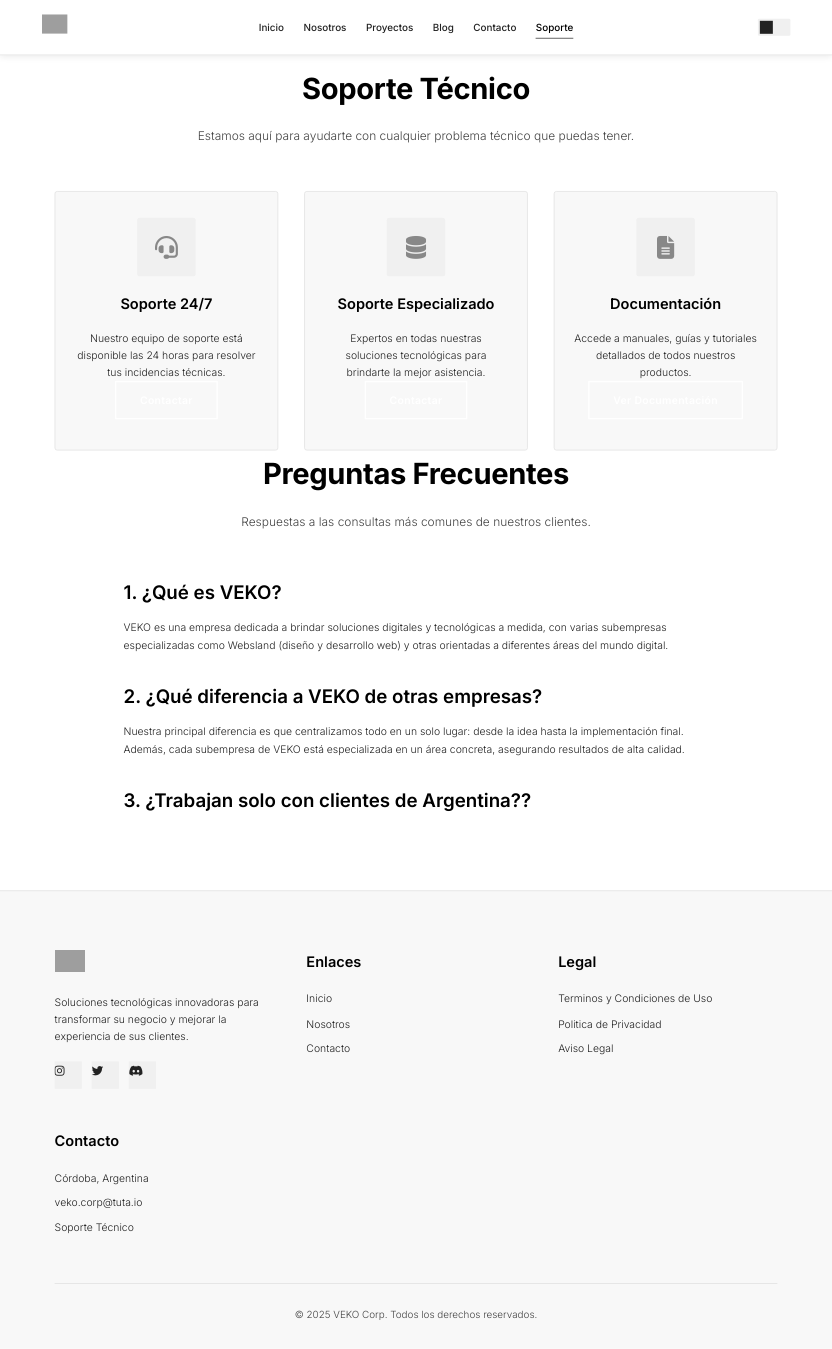
Repository: VEKO-Corp/veko-web
Page: soporte.html
The author's editor kept a copy of each file at every save. The page is drawn from the files as they stood at one save, then again after the next save.
The browser window is 1280 px wide. The pictures show the whole page, at 65% of full size.
Pictures or frames that could not be fetched are drawn as grey boxes.

Above is the page before, as saved 2025-08-11 21:48:37.

### soporte.html
<!DOCTYPE html>
<html lang="es">
<head>
    <meta charset="UTF-8">
    <meta name="viewport" content="width=device-width, initial-scale=1.0">
    <title>Soporte - VEKO</title>
    <link href="https://fonts.googleapis.com/css2?family=Inter:wght@300;400;500;600;700&display=swap" rel="stylesheet">
    <link rel="stylesheet" href="css/style.css">
    <link rel="stylesheet" href="https://cdnjs.cloudflare.com/ajax/libs/font-awesome/6.4.0/css/all.min.css">
</head>
<body>
    <header>
        <div class="container header-container">
            <a href="index.html" class="logo">
                <img id="logo-image" src="img/logo-light.png" alt="VEKO">
            </a>
            <button class="mobile-menu-btn">☰</button>
            <nav>
                <ul>
                    <li><a href="index.html">Inicio</a></li>
                    <li><a href="nosotros.html">Nosotros</a></li>
                    <li><a href="proyectos.html">Proyectos</a></li>
                    <li><a href="blog.html">Blog</a></li>
                    <li><a href="contacto.html">Contacto</a></li>
                    <li><a href="soporte.html" class="active">Soporte</a></li>
                </ul>
            </nav>
            <div class="theme-toggle" id="themeToggle" aria-label="Cambiar tema">
                <div class="switch-handle"></div>
            </div>
        </div>
    </header>

    <section class="content-section">
        <div class="container">
            <div class="section-title">
                <h2>Soporte Técnico</h2>
                <p>Estamos aquí para ayudarte con cualquier problema técnico que puedas tener.</p>
            </div>

            <div class="services-grid">
                <div class="service-card fade-in">
                    <div class="service-icon"><i class="fas fa-headset"></i></div>
                    <h3>Soporte 24/7</h3>
                    <p>Nuestro equipo de soporte está disponible las 24 horas para resolver tus incidencias técnicas.</p>
                    <a href="contacto.html" class="btn">Contactar</a>
                </div>

                <div class="service-card fade-in delay-1">
                    <div class="service-icon"><i class="fas fa-database"></i></div>
                    <h3>Soporte Especializado</h3>
                    <p>Expertos en todas nuestras soluciones tecnológicas para brindarte la mejor asistencia.</p>
                    <a href="contacto.html" class="btn">Contactar</a>
                </div>

                <div class="service-card fade-in delay-2">
                    <div class="service-icon"><i class="fas fa-file-alt"></i></div>
                    <h3>Documentación</h3>
                    <p>Accede a manuales, guías y tutoriales detallados de todos nuestros productos.</p>
                    <a href="#" class="btn">Ver Documentación</a>
                </div>
            </div>

            <div class="section-title">
                <h2>Preguntas Frecuentes</h2>
                <p>Respuestas a las consultas más comunes de nuestros clientes.</p>
            </div>

            <div class="content-container">
                <h3>1. ¿Qué es VEKO?</h3>
                <p>VEKO es una empresa dedicada a brindar soluciones digitales y tecnológicas a medida, con varias subempresas especializadas como Websland (diseño y desarrollo web) y otras orientadas a diferentes áreas del mundo digital.</p>

                <h3>2. ¿Qué diferencia a VEKO de otras empresas?</h3>
                <p>Nuestra principal diferencia es que centralizamos todo en un solo lugar: desde la idea hasta la implementación final. Además, cada subempresa de VEKO está especializada en un área concreta, asegurando resultados de alta calidad.</p>

                <h3>3. ¿Trabajan solo con clientes de Argentina??</h3>
                <pNo. Atendemos clientes tanto a nivel nacional como internacional gracias a nuestras herramientas de trabajo remoto y comunicación online.</p>
            </div>
        </div>
    </section>

    <footer>
        <div class="container">
            <div class="footer-content">
                <div class="footer-column fade-in">
                    <div class="logo-footer">
                        <img id="footer-logo" src="img/logo-light.png" alt="VEKO">
                    </div>
                    <p>Soluciones tecnológicas innovadoras para transformar su negocio y mejorar la experiencia de sus clientes.</p>
                    <div class="social-icons">
                        <a href="https://instagram.com" class="social-icon" target="_blank" rel="noopener">
                        <i class="fab fa-instagram"></i>
                        </a>
                        <a href="https://twitter.com" class="social-icon" target="_blank" rel="noopener">
                        <i class="fab fa-twitter"></i>
                        </a>
                        <a href="https://discord.gg/Fd7Y59jMyu" class="social-icon" target="_blank" rel="noopener">
                        <i class="fab fa-discord"></i>
                        </a>
                    </div>
                </div>

                <div class="footer-column fade-in delay-1">
                    <h3>Enlaces</h3>
                    <a href="index.html">Inicio</a>
                    <a href="nosotros.html">Nosotros</a>
                    <a href="contacto.html">Contacto</a>
                </div>

                <div class="footer-column fade-in delay-2">
                    <h3>Legal</h3>
                    <a href="terminos-y-condiciones-de-uso.html">Terminos y Condiciones de Uso</a>
                    <a href="politica-de-privacidad.html">Politica de Privacidad</a>
                    <a href="aviso-legal.html">Aviso Legal</a>
                </div>

                <div class="footer-column fade-in delay-3">
                    <h3>Contacto</h3>
                    <p>Córdoba, Argentina</p>
                    <p>veko.corp@tuta.io</p>
                    <a href="soporte.html">Soporte Técnico</a>
                </div>
            </div>

            <div class="footer-bottom fade-in delay-4">
                <p>&copy; 2025 VEKO Corp. Todos los derechos reservados.</p>
            </div>
        </div>
    </footer>

    <script src="js/script.js"></script>
</body>
</html>

### css/style.css
:root {
    /* Variables para modo claro */
    --bg-primary: #FFFFFF;
    --bg-secondary: #F8F8F8;
    --bg-tertiary: #F0F0F0;
    --text-primary: #000000;
    --text-secondary: #222222;
    --text-tertiary: #444444;
    --accent: #888888;
    --accent-light: #CCCCCC;
    --border: #DDDDDD;
    --button-bg: #222222;
    --button-text: #FFFFFF;
    --shadow: rgba(0, 0, 0, 0.08);
    --overlay: rgba(0, 0, 0, 0.5);
}

.dark-mode {
    /* Variables para modo oscuro */
    --bg-primary: #000000;
    --bg-secondary: #111111;
    --bg-tertiary: #1A1A1A;
    --text-primary: #FFFFFF;
    --text-secondary: #E0E0E0;
    --text-tertiary: #AAAAAA;
    --accent: #777777;
    --accent-light: #333333;
    --border: #333333;
    --button-bg: #EEEEEE;
    --button-text: #000000;
    --shadow: rgba(255, 255, 255, 0.05);
    --overlay: rgba(0, 0, 0, 0.7);
}

* {
    margin: 0;
    padding: 0;
    box-sizing: border-box;
    transition: background-color 0.4s ease, color 0.4s ease, border-color 0.4s ease, transform 0.4s cubic-bezier(0.25, 0.46, 0.45, 0.94);
}

body {
    font-family: 'Inter', sans-serif;
    background-color: var(--bg-primary);
    color: var(--text-primary);
    line-height: 1.65;
    overflow-x: hidden;
    -webkit-font-smoothing: antialiased;
    -moz-osx-font-smoothing: grayscale;
}

.container {
    width: 90%;
    max-width: 1280px;
    margin: 0 auto;
    padding: 0 20px;
}

/* Header y navegación */
header {
    position: fixed;
    top: 0;
    left: 0;
    width: 100%;
    background-color: var(--bg-primary);
    border-bottom: 1px solid var(--border);
    z-index: 1000;
    transition: all 0.4s ease;
    box-shadow: 0 2px 10px var(--shadow);
}

header.scrolled {
    box-shadow: 0 6px 20px var(--shadow);
}

.header-container {
    display: flex;
    justify-content: space-between;
    align-items: center;
    padding: 18px 0;
}

.logo {
    font-size: 1.8rem;
    font-weight: 700;
    color: var(--text-primary);
    text-decoration: none;
    letter-spacing: -0.5px;
}

.logo span {
    font-weight: 300;
}

/* Estilos para logos */
.header-container .logo img {
    height: 30px;
    width: auto;
    transition: all 0.4s ease;
}

.footer-column .logo-footer img {
    height: 35px;
    width: auto;
    margin-bottom: 25px;
}

nav ul {
    display: flex;
    list-style: none;
}

nav ul li {
    margin-left: 30px;
}

nav ul li a {
    color: var(--text-secondary);
    text-decoration: none;
    font-weight: 500;
    font-size: 0.95rem;
    position: relative;
    padding: 8px 0;
    transition: color 0.3s ease;
}

nav ul li a:after {
    content: '';
    position: absolute;
    bottom: 0;
    left: 0;
    width: 0;
    height: 2px;
    background-color: var(--accent);
    transition: width 0.4s cubic-bezier(0.22, 0.61, 0.36, 1);
}

nav ul li a:hover:after,
nav ul li a.active:after {
    width: 100%;
}

nav ul li a:hover,
nav ul li a.active {
    color: var(--text-primary);
}

.theme-toggle {
    position: relative;
    width: 50px;
    height: 26px;
    background-color: var(--bg-tertiary);
    border-radius: 2px;
    cursor: pointer;
    overflow: hidden;
    margin-left: 20px;
}

.switch-handle {
    position: absolute;
    top: 3px;
    left: 3px;
    width: 20px;
    height: 20px;
    background-color: var(--button-bg);
    transition: all 0.4s cubic-bezier(0.22, 0.61, 0.36, 1);
}

.dark-mode .switch-handle {
    transform: translateX(24px);
}

.mobile-menu-btn {
    display: none;
    background: none;
    border: none;
    font-size: 1.5rem;
    color: var(--text-primary);
    cursor: pointer;
    padding: 5px;
}

/* Banner principal */
.hero {
    height: 100vh;
    display: flex;
    align-items: center;
    background:
        linear-gradient(var(--overlay), var(--overlay)),
        url('data:[embedded picture, 230 characters]');
    background-size: cover;
    background-position: center;
    position: relative;
    margin-top: 80px;
}

.hero-content {
    max-width: 780px;
    color: white;
    transform: translateY(30px);
    opacity: 0;
    animation: fadeUp 1s forwards 0.3s;
}

.hero h1 {
    font-size: 4.2rem;
    font-weight: 700;
    margin-bottom: 25px;
    line-height: 1.15;
    letter-spacing: -0.5px;
}

.hero p {
    font-size: 1.3rem;
    margin-bottom: 40px;
    max-width: 650px;
    font-weight: 300;
}

/* Botones con animación de relleno */
.btn {
    display: inline-block;
    position: relative;
    background-color: transparent;
    color: var(--button-text);
    padding: 14px 36px;
    border-radius: 0;
    text-decoration: none;
    font-weight: 600;
    font-size: 1rem;
    letter-spacing: 0.5px;
    border: 2px solid var(--button-text);
    overflow: hidden;
    z-index: 1;
    transition: color 0.4s ease;
}

.btn:before {
    content: '';
    position: absolute;
    top: 0;
    left: 0;
    width: 0;
    height: 100%;
    background: var(--button-text);
    transition: width 0.5s cubic-bezier(0.22, 0.61, 0.36, 1);
    z-index: -1;
}

.btn:hover:before {
    width: 100%;
}

.btn:hover {
    color: var(--button-bg);
}

/* Secciones comunes */
section {
    padding: 120px 0;
}

.section-title {
    text-align: center;
    margin-bottom: 70px;
}

.section-title h2 {
    font-size: 2.8rem;
    font-weight: 700;
    margin-bottom: 20px;
    color: var(--text-primary);
    letter-spacing: -0.5px;
}

.section-title p {
    font-size: 1.15rem;
    color: var(--text-tertiary);
    max-width: 700px;
    margin: 0 auto;
    font-weight: 300;
}

/* Estilos para páginas de contenido (ej: aviso legal, política de privacidad) */
.content-section {
    padding: 100px 0;
}

.content-container {
    max-width: 900px;
    margin: 0 auto;
}

.content-container h1 {
    font-size: 2.8rem;
    margin-bottom: 30px;
    color: var(--text-primary);
    font-weight: 700;
    letter-spacing: -0.5px;
}

.content-container h2 {
    font-size: 2.2rem;
    margin: 50px 0 25px;
    color: var(--text-primary);
    font-weight: 600;
}

.content-container h3 {
    font-size: 1.8rem;
    margin: 40px 0 15px;
    color: var(--text-primary);
    font-weight: 600;
}

.content-container p {
    margin-bottom: 20px;
    color: var(--text-secondary);
    font-weight: 300;
    line-height: 1.8;
}

.content-container ul, .content-container ol {
    margin: 20px 0;
    padding-left: 30px;
}

.content-container li {
    margin-bottom: 10px;
    color: var(--text-secondary);
    font-weight: 300;
    line-height: 1.8;
}

.content-container a {
    color: var(--accent);
    text-decoration: none;
    transition: color 0.3s ease;
}

.content-container a:hover {
    color: var(--text-primary);
    text-decoration: underline;
}

/* Sección Nosotros */
.about-content {
    display: flex;
    gap: 60px;
    align-items: center;
}

.about-text {
    flex: 1;
}

.about-text h3 {
    font-size: 2rem;
    margin-bottom: 25px;
    color: var(--text-primary);
    font-weight: 600;
}

.about-text p {
    margin-bottom: 25px;
    color: var(--text-secondary);
    font-weight: 300;
}

.about-image {
    flex: 1;
    height: 460px;
    background-color: var(--bg-tertiary);
    display: flex;
    align-items: center;
    justify-content: center;
    color: var(--text-tertiary);
    border-radius: 4px;
    overflow: hidden;
    position: relative;
    box-shadow: 0 10px 30px var(--shadow);
}

.about-image:after {
    content: '';
    position: absolute;
    top: 0;
    left: 0;
    width: 100%;
    height: 100%;
    background: linear-gradient(45deg, rgba(0,0,0,0.05), rgba(0,0,0,0.1));
}

/* Sección Servicios */
.services-grid {
    display: grid;
    grid-template-columns: repeat(auto-fill, minmax(320px, 1fr));
    gap: 40px;
}

.service-card {
    background-color: var(--bg-secondary);
    border-radius: 4px;
    padding: 40px 30px;
    text-align: center;
    position: relative;
    overflow: hidden;
    border: 1px solid var(--border);
    transition: transform 0.4s ease, box-shadow 0.4s ease;
}

.service-card:hover {
    transform: translateY(-10px);
    box-shadow: 0 15px 40px var(--shadow);
}

.service-icon {
    width: 90px;
    height: 90px;
    background-color: var(--bg-tertiary);
    border-radius: 4px;
    margin: 0 auto 25px;
    display: flex;
    align-items: center;
    justify-content: center;
    color: var(--accent);
    font-size: 2.2rem;
    font-weight: 300;
    transition: transform 0.4s ease;
}

.service-card:hover .service-icon {
    transform: scale(1.1);
}

.service-card h3 {
    font-size: 1.4rem;
    margin-bottom: 20px;
    color: var(--text-primary);
    font-weight: 600;
}

.service-card p {
    color: var(--text-secondary);
    font-size: 1rem;
    font-weight: 300;
    max-width: 300px;
    margin: 0 auto;
}

/* Sección Equipo */
.team-grid {
    display: grid;
    grid-template-columns: repeat(auto-fill, minmax(260px, 1fr));
    gap: 35px;
    margin-top: 60px;
}

.team-member {
    background-color: var(--bg-secondary);
    border-radius: 4px;
    overflow: hidden;
    text-align: center;
    position: relative;
    box-shadow: 0 5px 20px var(--shadow);
    transition: transform 0.4s ease;
}

.team-member:hover {
    transform: translateY(-10px);
}

.member-photo {
    height: 280px;
    background-color: var(--bg-tertiary);
    display: flex;
    align-items: center;
    justify-content: center;
    color: var(--text-tertiary);
    font-size: 1.1rem;
    position: relative;
}

.member-photo:after {
    content: '';
    position: absolute;
    bottom: 0;
    left: 0;
    width: 100%;
    height: 40%;
    background: linear-gradient(to top, rgba(0,0,0,0.2), transparent);
}

.member-info {
    padding: 25px 20px;
}

.member-info h4 {
    font-size: 1.25rem;
    margin-bottom: 8px;
    color: var(--text-primary);
    font-weight: 600;
}

.member-info p {
    color: var(--accent);
    font-size: 0.95rem;
    font-weight: 400;
}

/* Footer */
footer {
    background-color: var(--bg-secondary);
    padding: 90px 0 40px;
    border-top: 1px solid var(--border);
}

.footer-content {
    display: grid;
    grid-template-columns: repeat(auto-fit, minmax(260px, 1fr));
    gap: 50px;
    margin-bottom: 60px;
}

.footer-column h3 {
    font-size: 1.4rem;
    margin-bottom: 25px;
    color: var(--text-primary);
    font-weight: 600;
}

.footer-column p, .footer-column a {
    color: var(--text-secondary);
    margin-bottom: 12px;
    display: block;
    text-decoration: none;
    transition: color 0.3s ease;
    font-weight: 300;
}

.footer-column a:hover {
    color: var(--text-primary);
}

.social-icons {
    display: flex;
    gap: 15px;
    margin-top: 25px;
}

.social-icon {
    width: 42px;
    height: 42px;
    border-radius: 0;
    background-color: var(--bg-tertiary);
    display: flex;
    align-items: center;
    justify-content: center;
    color: var(--text-primary);
    text-decoration: none;
    transition: all 0.4s ease;
    font-size: 1.1rem;
    position: relative;
    overflow: hidden;
    z-index: 1;
}

.social-icon:before {
    content: '';
    position: absolute;
    top: 0;
    left: 0;
    width: 0;
    height: 100%;
    background: var(--accent-light);
    transition: width 0.4s ease;
    z-index: -1;
}

.social-icon:hover:before {
    width: 100%;
}

.footer-bottom {
    text-align: center;
    padding-top: 35px;
    border-top: 1px solid var(--border);
    color: var(--text-tertiary);
    font-size: 0.95rem;
    font-weight: 300;
}

/* Animaciones */
@keyframes fadeUp {
    from {
        opacity: 0;
        transform: translateY(30px);
    }
    to {
        opacity: 1;
        transform: translateY(0);
    }
}

.fade-in {
    opacity: 0;
    transform: translateY(30px);
    transition: opacity 0.8s ease, transform 0.8s ease;
}

.fade-in.appear {
    opacity: 1;
    transform: translateY(0);
}

.delay-1 { transition-delay: 0.1s; }
.delay-2 { transition-delay: 0.2s; }
.delay-3 { transition-delay: 0.3s; }
.delay-4 { transition-delay: 0.4s; }
.delay-5 { transition-delay: 0.5s; }

/* Responsive */
@media (max-width: 1200px) {
    .hero h1 {
        font-size: 3.6rem;
    }
}

@media (max-width: 992px) {
    .hero h1 {
        font-size: 3.2rem;
    }

    .about-content {
        flex-direction: column;
    }

    .about-image {
        width: 100%;
        height: 380px;
    }

    section {
        padding: 90px 0;
    }

    .content-section {
        padding: 80px 0;
    }
}

@media (max-width: 768px) {
    .mobile-menu-btn {
        display: block;
    }

    nav {
        position: fixed;
        top: 80px;
        left: 0;
        width: 100%;
        background-color: var(--bg-primary);
        border-top: 1px solid var(--border);
        border-bottom: 1px solid var(--border);
        height: 0;
        overflow: hidden;
        transition: height 0.4s ease;
    }

    nav.active {
        height: auto;
        padding: 20px 0;
    }

    nav ul {
        flex-direction: column;
        align-items: center;
    }

    nav ul li {
        margin: 12px 0;
    }

    .hero h1 {
        font-size: 2.8rem;
    }

    .hero p {
        font-size: 1.15rem;
    }

    .section-title h2 {
        font-size: 2.4rem;
    }

    .content-section {
        padding: 70px 0;
    }

    .content-container h1 {
        font-size: 2.4rem;
    }

    .content-container h2 {
        font-size: 2rem;
    }

    .content-container h3 {
        font-size: 1.5rem;
    }
}

@media (max-width: 576px) {
    .hero h1 {
        font-size: 2.4rem;
    }

    .section-title h2 {
        font-size: 2rem;
    }

    .btn {
        padding: 12px 28px;
    }

    .content-container h1 {
        font-size: 2.1rem;
    }

    .content-container h2 {
        font-size: 1.8rem;
    }
}

/* Estilos para formulario de contacto */
.contact-form {
    display: flex;
    flex-direction: column;
    gap: 20px;
}

/* Estilos específicos para botones de formulario */
.contact-form .btn {
    background-color: var(--button-bg);
    color: var(--button-text);
    border: 2px solid var(--button-bg);
}

.contact-form .btn:hover {
    color: var(--button-bg);
    background-color: transparent;
}

.contact-form .btn:before {
    background: var(--button-text);
}

/* Estilos para información de contacto */
.contact-info-list {
    list-style: none;
    padding: 0;
    margin-top: 30px;
    width: 100%;
}

.contact-info-list li {
    display: flex;
    align-items: flex-start;
    margin-bottom: 25px;
    padding-bottom: 25px;
    border-bottom: 1px solid var(--border);
}

.contact-info-list li:last-child {
    margin-bottom: 0;
    padding-bottom: 0;
    border-bottom: none;
}

.contact-icon {
    width: 50px;
    height: 50px;
    background-color: var(--bg-tertiary);
    display: flex;
    align-items: center;
    justify-content: center;
    border-radius: 4px;
    margin-right: 15px;
    flex-shrink: 0;
}

.contact-icon i {
    font-size: 1.4rem;
    color: var(--accent);
}

.contact-detail {
    flex-grow: 1;
}

.contact-detail strong {
    display: block;
    font-weight: 600;
    color: var(--text-primary);
    margin-bottom: 5px;
}

.contact-detail p {
    margin: 0;
    color: var(--text-secondary);
}

.contact-info {
    flex: 1;
    background-color: var(--bg-secondary);
    padding: 40px;
    border-radius: 4px;
    box-shadow: 0 5px 20px var(--shadow);
}

.form-group {
    display: flex;
    flex-direction: column;
    gap: 8px;
}

.form-group label {
    font-weight: 500;
    color: var(--text-primary);
}

.form-group input,
.form-group textarea {
    padding: 12px 15px;
    border: 1px solid var(--border);
    background-color: var(--bg-primary);
    color: var(--text-primary);
    font-family: 'Inter', sans-serif;
    font-size: 1rem;
}

.form-group textarea {
    resize: vertical;
    min-height: 120px;
}

Loaded but not shown: js/script.js (119 lines, source omitted)

After the next save:
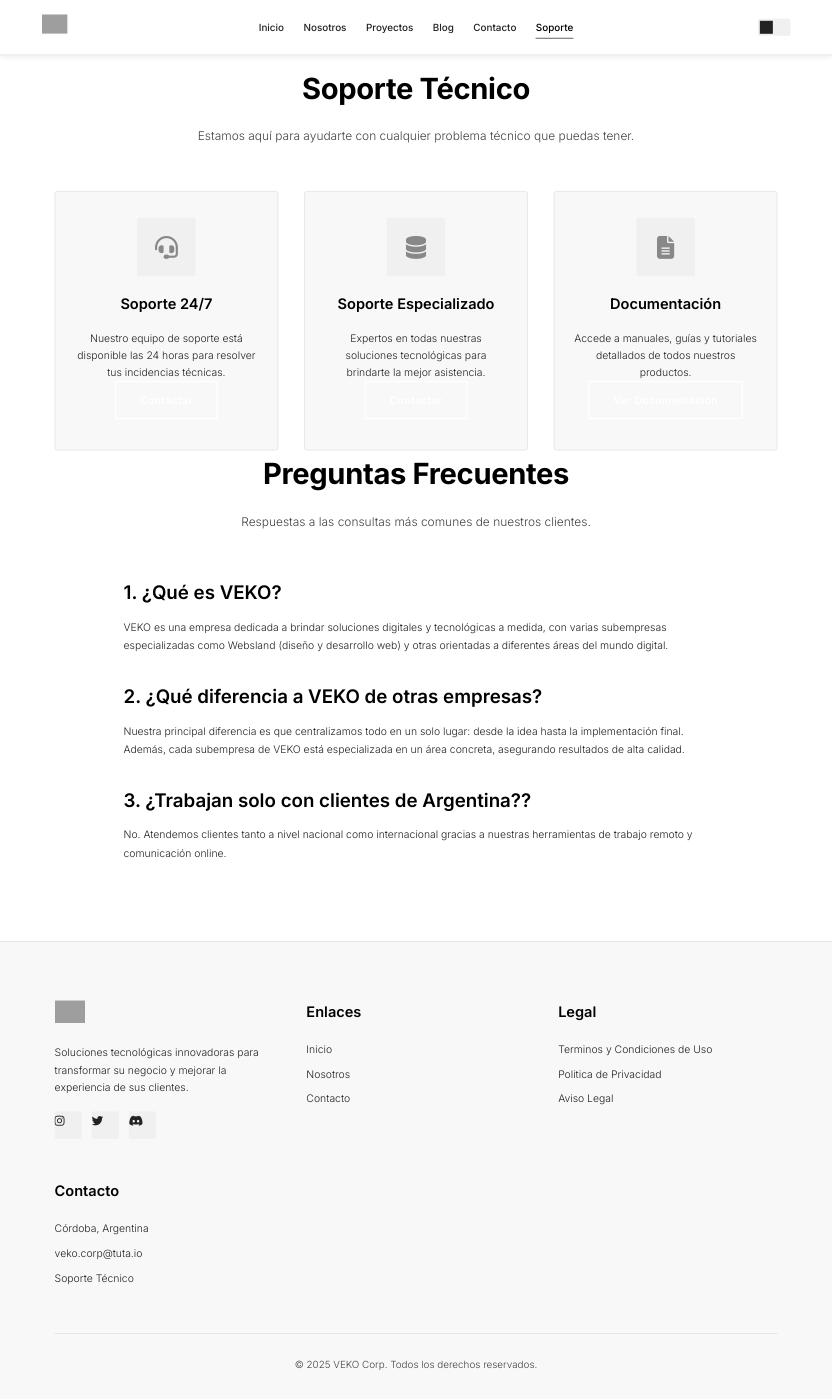
Saved 27 s later.
--- a/soporte.html
+++ b/soporte.html
@@ -74,7 +74,7 @@
                 <p>Nuestra principal diferencia es que centralizamos todo en un solo lugar: desde la idea hasta la implementación final. Además, cada subempresa de VEKO está especializada en un área concreta, asegurando resultados de alta calidad.</p>
 
                 <h3>3. ¿Trabajan solo con clientes de Argentina??</h3>
-                <pNo. Atendemos clientes tanto a nivel nacional como internacional gracias a nuestras herramientas de trabajo remoto y comunicación online.</p>
+                <p>No. Atendemos clientes tanto a nivel nacional como internacional gracias a nuestras herramientas de trabajo remoto y comunicación online.</p>
             </div>
         </div>
     </section>
